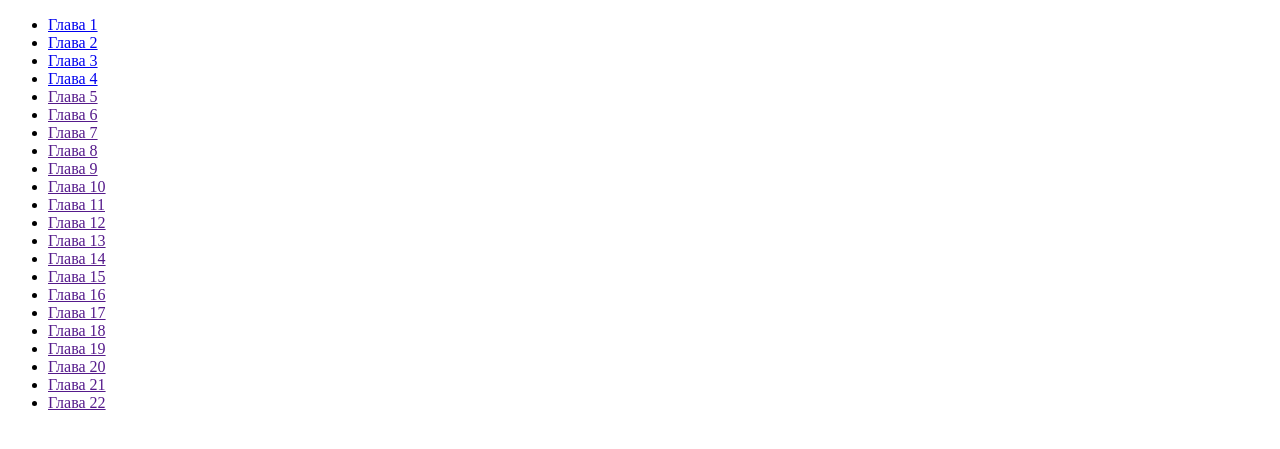
Repository: sany2801/Mentalist
Page: index.html
The author's editor kept a copy of each file at every save. The page is drawn from the files as they stood at one save, then again after the next save.
The browser window is 1280 px wide. The pictures show the whole page.

Above is the page before, as saved 2026-03-20 02:38:55.

### index.html
<!DOCTYPE html>
<html lang="en">
<head>
    <meta charset="UTF-8">
    <meta name="viewport" content="width=device-width, initial-scale=1.0">
    <title>Document</title>
</head>
<body>
    <ul>
        <li><a href="glava_1.html">Глава 1</a></li>
        <li><a href="glava_2.html">Глава 2</a></li>
        <li><a href="glava_3.html">Глава 3</a></li>
        <li><a href="glava_4.html">Глава 4</a></li>
        <li><a href="">Глава 5</a></li>
        <li><a href="">Глава 6</a></li>
        <li><a href="">Глава 7</a></li>
        <li><a href="">Глава 8</a></li>
        <li><a href="">Глава 9</a></li>
        <li><a href="">Глава 10</a></li>
        <li><a href="">Глава 11<a></li>
        <li><a href="">Глава 12</a></li>
        <li><a href="">Глава 13</a></li>
        <li><a href="">Глава 14</a></li>
        <li><a href="">Глава 15</a></li>
        <li><a href="">Глава 16</a></li>
        <li><a href="">Глава 17</a></li>
        <li><a href="">Глава 18</a></li>
        <li><a href="">Глава 19</a></li>
        <li><a href="">Глава 20</a></li>
        <li><a href="">Глава 21</a></li>
        <li><a href="">Глава 22</a></li>
    </ul>
</body>
</html>

After the next save:
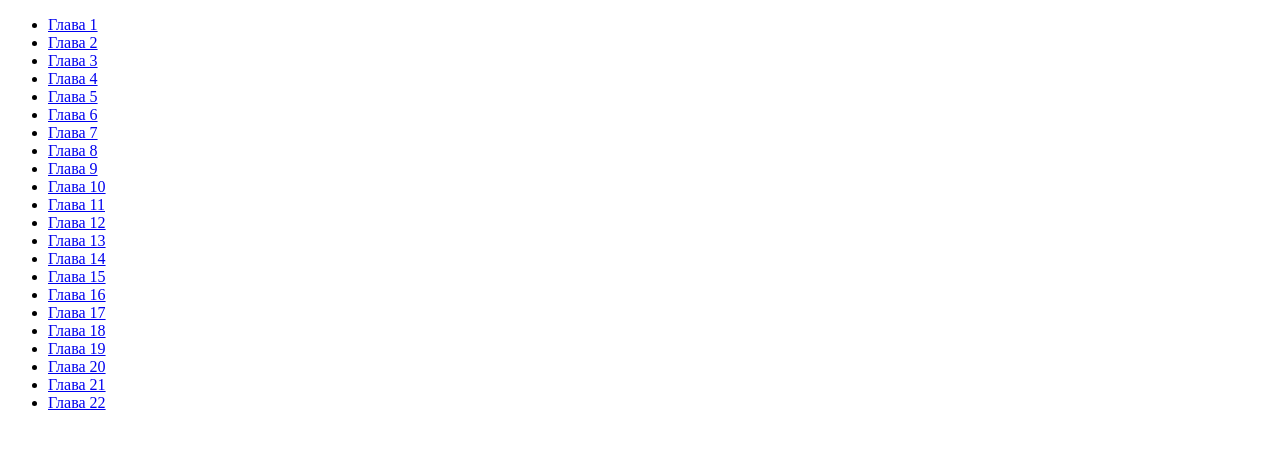
Saved 2 min 39 s later.
--- a/index.html
+++ b/index.html
@@ -11,24 +11,24 @@
         <li><a href="glava_2.html">Глава 2</a></li>
         <li><a href="glava_3.html">Глава 3</a></li>
         <li><a href="glava_4.html">Глава 4</a></li>
-        <li><a href="">Глава 5</a></li>
-        <li><a href="">Глава 6</a></li>
-        <li><a href="">Глава 7</a></li>
-        <li><a href="">Глава 8</a></li>
-        <li><a href="">Глава 9</a></li>
-        <li><a href="">Глава 10</a></li>
-        <li><a href="">Глава 11<a></li>
-        <li><a href="">Глава 12</a></li>
-        <li><a href="">Глава 13</a></li>
-        <li><a href="">Глава 14</a></li>
-        <li><a href="">Глава 15</a></li>
-        <li><a href="">Глава 16</a></li>
-        <li><a href="">Глава 17</a></li>
-        <li><a href="">Глава 18</a></li>
-        <li><a href="">Глава 19</a></li>
-        <li><a href="">Глава 20</a></li>
-        <li><a href="">Глава 21</a></li>
-        <li><a href="">Глава 22</a></li>
+        <li><a href="glava_5.html">Глава 5</a></li>
+        <li><a href="glava_6.html">Глава 6</a></li>
+        <li><a href="glava_7.html">Глава 7</a></li>
+        <li><a href="glava_8.html">Глава 8</a></li>
+        <li><a href="glava_9.html">Глава 9</a></li>
+        <li><a href="glava_10.html">Глава 10</a></li>
+        <li><a href="glava_11.html">Глава 11<a></li>
+        <li><a href="glava_12.html">Глава 12</a></li>
+        <li><a href="glava_13.html">Глава 13</a></li>
+        <li><a href="glava_14.html">Глава 14</a></li>
+        <li><a href="glava_15.html">Глава 15</a></li>
+        <li><a href="glava_16.html">Глава 16</a></li>
+        <li><a href="glava_17.html">Глава 17</a></li>
+        <li><a href="glava_18.html">Глава 18</a></li>
+        <li><a href="glava_19.html">Глава 19</a></li>
+        <li><a href="glava_20.html">Глава 20</a></li>
+        <li><a href="glava_21.html">Глава 21</a></li>
+        <li><a href="glava_22.html">Глава 22</a></li>
     </ul>
 </body>
 </html>
